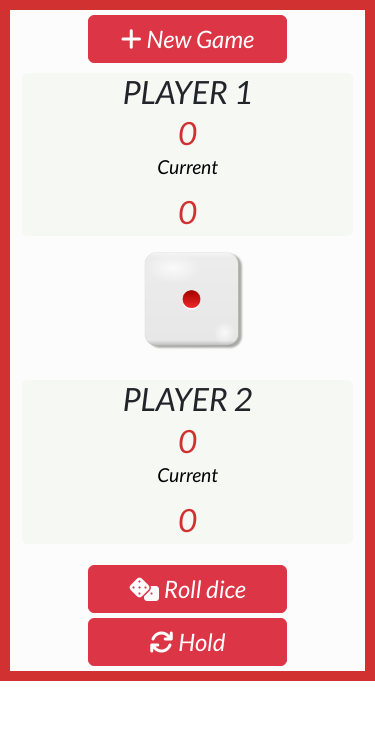
Repository: haifabilel/Eval_JAVASCRIPT
Page: index.html
The author's editor kept a copy of each file at every save. The page is drawn from the files as they stood at one save, then again after the next save.
The browser window is 375 px wide. The pictures show the whole page.
Some web libraries are served in a nearby version.

Above is the page before, as saved 2023-06-05 17:38:17.

### index.html
<!DOCTYPE html>
<html lang="fr">
<head>
    <meta charset="UTF-8">
    <meta http-equiv="X-UA-Compatible" content="IE=edge">
    <meta name="viewport" content="width=device-width, initial-scale=1.0">
    <title>GameEval</title>
    <!-- Bootstrap -->
    <link href="https://cdn.jsdelivr.net/npm/bootstrap@5.3.0-alpha3/dist/css/bootstrap.min.css" rel="stylesheet" integrity="sha384-KK94CHFLLe+nY2dmCWGMq91rCGa5gtU4mk92HdvYe+M/SXH301p5ILy+dN9+nJOZ" crossorigin="anonymous">
    <!-- Bootstrap icons CSS -->
    <link rel="stylesheet" href="https://cdn.jsdelivr.net/npm/bootstrap-icons@1.6.1/font/bootstrap-icons.css">
    <!-- font awesome cdn link-->
    <link rel="stylesheet" href="https://cdnjs.cloudflare.com/ajax/libs/font-awesome/6.3.0/css/all.min.css" integrity="sha512-SzlrxWUlpfuzQ+pcUCosxcglQRNAq/DZjVsC0lE40xsADsfeQoEypE+enwcOiGjk/bSuGGKHEyjSoQ1zVisanQ==" crossorigin="anonymous" referrerpolicy="no-referrer">
    <!-- CSS Link -->
    <link rel="stylesheet" href="style.css">
</head>
<body>
    <div class="container-fluid" >
     <header>
         <button class="btn btn_newGame btn-danger"><i class="fa-solid fa-plus"></i> New Game</button>
    </header>
    <main>
        <div class="row">
            <!-- Player One  -->
            <div class="col-xm-12 col-md-5 mx-auto " >
                <section class="player player_0 player_active">
                    <h2 class="label" id="label_0">PLAYER 1</h2>
                    <p class="score" id="score_0" >0</p>
                    <div class="current">
                        <p class="current_label">Current</p>
                        <p class="current_score" id="current_0">0</p>
                    </div>
                </section>
            </div>
            <!-- Dice image -->
            <div class="col-xm-12 col-md-2 mx-auto">
                <img src="/asset/dice1.png" alt="imageDice" class="dice img-fluid" style="width: 100px;">
            </div>
             <!-- Player Tow  -->
             <div class="col-xm-12 col-md-5 mx-auto ">
                <section class="player player_1">
                    <h2 class="label" id="label_1">PLAYER 2</h2>
                    <p class="score" id="score_1">0</p>
                    <div class="current">
                        <p class="current_label">Current</p>
                        <p class="current_score" id="current_1">0</p>
                    </div>
                </section>
             </div>
        </div>
    </main>
    <!-- Button RollDice -->
    <div class="button_roll">
        <button class="btn btn_roll btn-danger"><i class="fa-solid fa-dice"></i> Roll dice</button>
    </div>
    <div class="button_hold">
        <button class="btn btn_hold btn-danger"><i class="fa-solid fa-arrows-rotate"></i> Hold</button>
    </div>
    </div>


    <script src="https://code.jquery.com/jquery-3.5.1.slim.min.js" integrity="sha384-DfXdz2htPH0lsSSs5nCTpuj/zy4C+OGpamoFVy38MVBnE+IbbVYUew+OrCXaRkfj" crossorigin="anonymous"></script>
    <script src="https://cdn.jsdelivr.net/npm/popper.js@1.16.0/dist/umd/popper.min.js" integrity="sha384-Q6E9RHvbIyZFJoft+2mJbHaEWldlvI9IOYy5n3zV9zzTtmI3UksdQRVvoxMfooAo" crossorigin="anonymous"></script>
    <script src="https://cdn.jsdelivr.net/npm/bootstrap@5.3.0-alpha3/dist/js/bootstrap.bundle.min.js" integrity="sha384-ENjdO4Dr2bkBIFxQpeoTz1HIcje39Wm4jDKdf19U8gI4ddQ3GYNS7NTKfAdVQSZe" crossorigin="anonymous"></script>
    <script src="script.js"></script>
</body>
</html>

### style.css
@import url('https://fonts.googleapis.com/css2?family=Lato:ital,wght@1,300;1,400;1,700&display=swap');
*{
    font-family: Lato;
}
.container-fluid{
    box-shadow:0.5rem 1 rem rgba(0,0,0,.5);
    background-color: #fdfcfc;
    width:100%;
    height: 100%;
    border: 10px solid  #d13131;

}
.row{
    margin-top:80px;
}
/* Playerss */
.player_0 , .player_1{
    background-color:#f1f7f097;
    text-align:center;
    border-radius:5px;
    margin-top:-70px;

}
/* Current */
.current{

    width:30%;
    font-size:1.5rem;
    border-radius:5%;
    text-align:center;
    margin-left :35%;
    color:black;
    font-size:2rem;
}
/* Scors */
.score{
    color:#d13131;
    font-size:4rem;
}
.current_score{
    color:#d13131;
    font-size:2rem;
}
/* Buttons */
.btn_roll{
    margin-left:41.5%;
    margin-top:30px;
    width:17%;
    font-size:1.5rem;
    padding:10px;

}
.btn_hold{
    padding:10px;
    margin-left:41.5%;
    margin-top:5px;
    margin-bottom:5px;
    width:17%;
    font-size:1.5rem;
}
.btn_newGame{
    margin-top:30px;
    padding: 10px;
    margin-left:41.5%;
    width:17%;
    font-size:1.5rem;
}
.btn_hold:hover{
    transform:scale(1.1);
    background-color:darkred;
}
.btn_roll:hover{
    transform:scale(1.1);
    background-color:darkred;
}
.btn_newGame:hover{
    transform:scale(1.1);
    background-color:darkred;
}

/* Image Dice */
img{
    margin:20px 70px;
}
.hidden{
    display:none;
}
.player_winn{
    background:url(/asset/golden-winners-cup_1284-18399.avif);
    background-size: cover;
    background-position:center;


}
.player_winn1{
    background-color:rgba(228, 129, 129, 0.384);
}
/* Mode mobile */
@media screen and (max-width:576px){
    h2{
        font-size:2rem;
    }
    .player_1{
        margin-top:10px;
    }
    .score{
        color:#d13131;
        font-size:2rem;
        margin-top:-10px;
    }
    .current_score{
        margin-top:-10px;
    }
    img{
        width:20px;
        margin-left:37%;
        margin-top:0;
    }
    .btn_roll, .btn_hold, .btn_newGame{
        width:60%;
        padding:5px;
        margin-left:20%;
        margin-top: 5px;
    }
    .current{
        font-size:1.2rem;
        margin-top:-20px;
    }



}

### script.js
//Players
const playerOne = document.getElementById('player_0');
const playerTow = document.getElementById('player_1');
//Score
const score0 = document.getElementById('score_0');
const score1 = document.getElementById('score_1');
//Dice
const dice = document.querySelector('.dice');
//buttons
const buttonRoll = document.querySelector('.btn_roll');
const buttonHold = document.querySelector('.btn_hold');
const buttonNewGame = document.querySelector('.btn_newGame');
//Current
const current0 = document.getElementById('current_0');
const current1 = document.getElementById('current_1');

score0.textContent = 0 ;
score1.textContent = 0 ;
// dice.classList.add("hidden");

let scores = [0 , 0]
let activePlayer = 0 ;
let currentScore = 0 ;

const switchPlayer = function(){
    document.getElementById(`current_${activePlayer}`).textContent = 0;
    document.querySelector(`.player_${activePlayer}`).classList.remove('player_winn1');
    activePlayer = activePlayer === 0 ? 1 : 0;
    currentScore = 0;
    playerOne.classList.toggle("player_active");
    playerTow.classList.toggle("player_active");




}
//buttonRoll
buttonRoll.addEventListener("click", function() {
    dice.classList.remove("hidden");



    //Generate number 1 to 6
    const diceRandom = Math.floor(Math.random() * 6) + 1;
    dice.src =`/asset/dice${diceRandom}.png`

//   Sound game
const audio = new Audio('/asset/programmation-web_de-2_asset_son.mp3');

const lanseSon = function() {
    audio.play()
}
audio.addEventListener('canplaythrough', lanseSon);

//Rolled
if(diceRandom !==1){
    currentScore += diceRandom;
    document.getElementById(`current_${activePlayer}`).textContent = currentScore;
    document.querySelector(`.player_${activePlayer}`).classList.add('player_winn1');

}else{
    //Switch Player
    switchPlayer();
}
});
//ButtonHold
buttonHold.addEventListener('click',function(){
    scores[activePlayer] += currentScore;
    document.querySelector(`.player_${activePlayer}`).classList.remove('player_winn1');
    document.getElementById(`score_${activePlayer}`).textContent = scores[activePlayer];



    if(scores[activePlayer] >=100){
        document.querySelector(`.player_${activePlayer}`).classList.add('player_winn');
        const audio = new Audio('/asset/tadaa-47995.mp3');

        const lanseSon1 = function() {
            audio.play()
        }
        audio.addEventListener('canplaythrough', lanseSon1);


    }else{
        switchPlayer();
    }
});
//  Button NewGame
buttonNewGame.addEventListener ('click',function(){
    document.location.reload()
 })

After the next save:
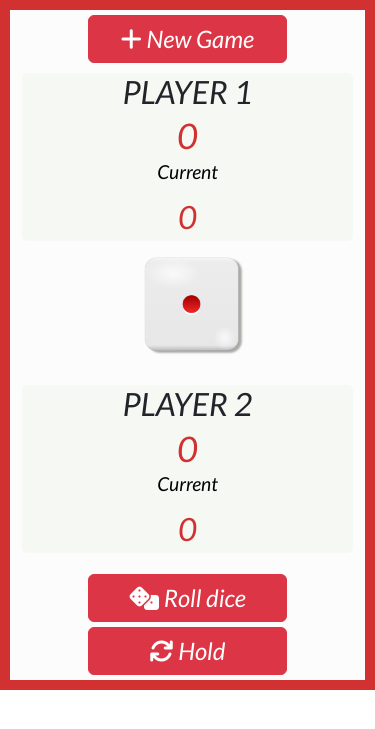
Saved 6 s later.
--- a/style.css
+++ b/style.css
@@ -105,7 +105,7 @@
     }
     .score{
         color:#d13131;
-        font-size:2rem;
+        font-size:2.2rem;
         margin-top:-10px;
     }
     .current_score{

After the save that followed:
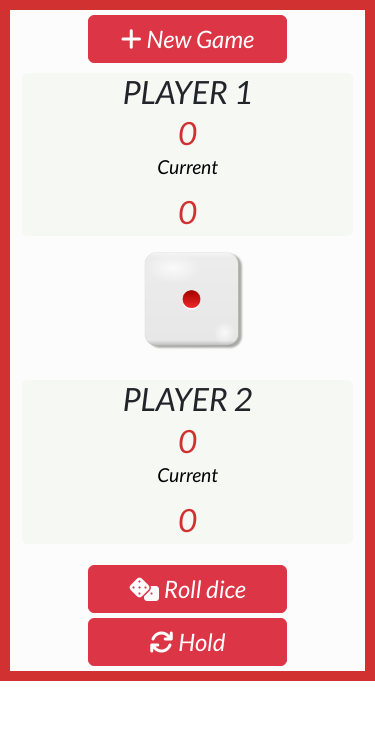
Saved 14 s later.
--- a/style.css
+++ b/style.css
@@ -105,7 +105,7 @@
     }
     .score{
         color:#d13131;
-        font-size:2.2rem;
+        font-size:2rem;
         margin-top:-10px;
     }
     .current_score{
